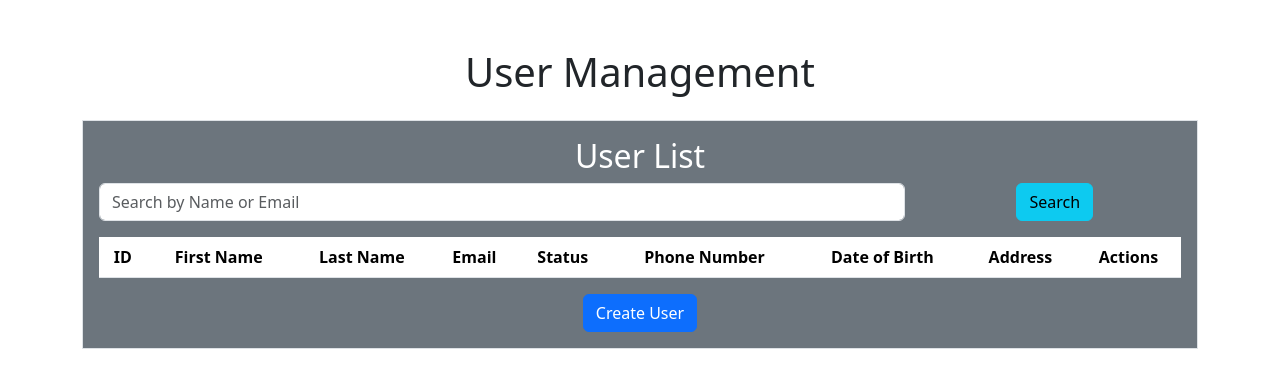
Repository: nairshreejith/reactstudent3
Page: /
These files come from the project's save history. The page is drawn as it stood at one moment and after the next save; the edit follows.
The browser window is 1280 px wide. The pictures show the whole page.
The page's requests for data from a server got no answer. The project was rebuilt for these pictures with package versions that can differ from the ones it lists, and the page was loaded fresh each time. No one was signed in, and anything a server would have sent is missing.

Above is the page before, as saved 2023-09-15 18:48:48.

After the next save:
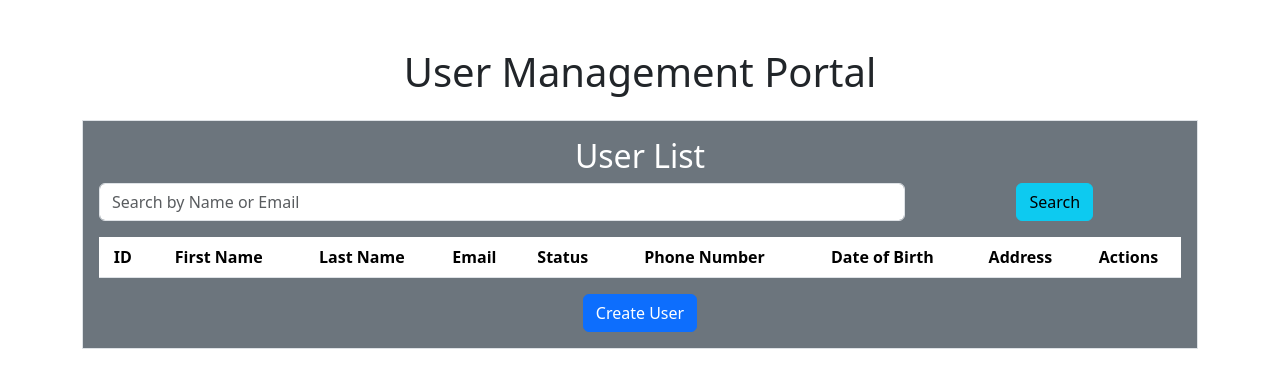
Saved 6 min 16 s later.
--- a/src/App.js
+++ b/src/App.js
@@ -79,7 +79,7 @@ function App() {
 
   return (
     <div className="App container mt-5">
-      <h1 className="mb-4">User Management</h1>
+      <h1 className="mb-4">User Management Portal</h1>
       <div className="border bg-secondary text-white p-3 mb-4">
         <h2>User List</h2>
         <div className="mb-3">
